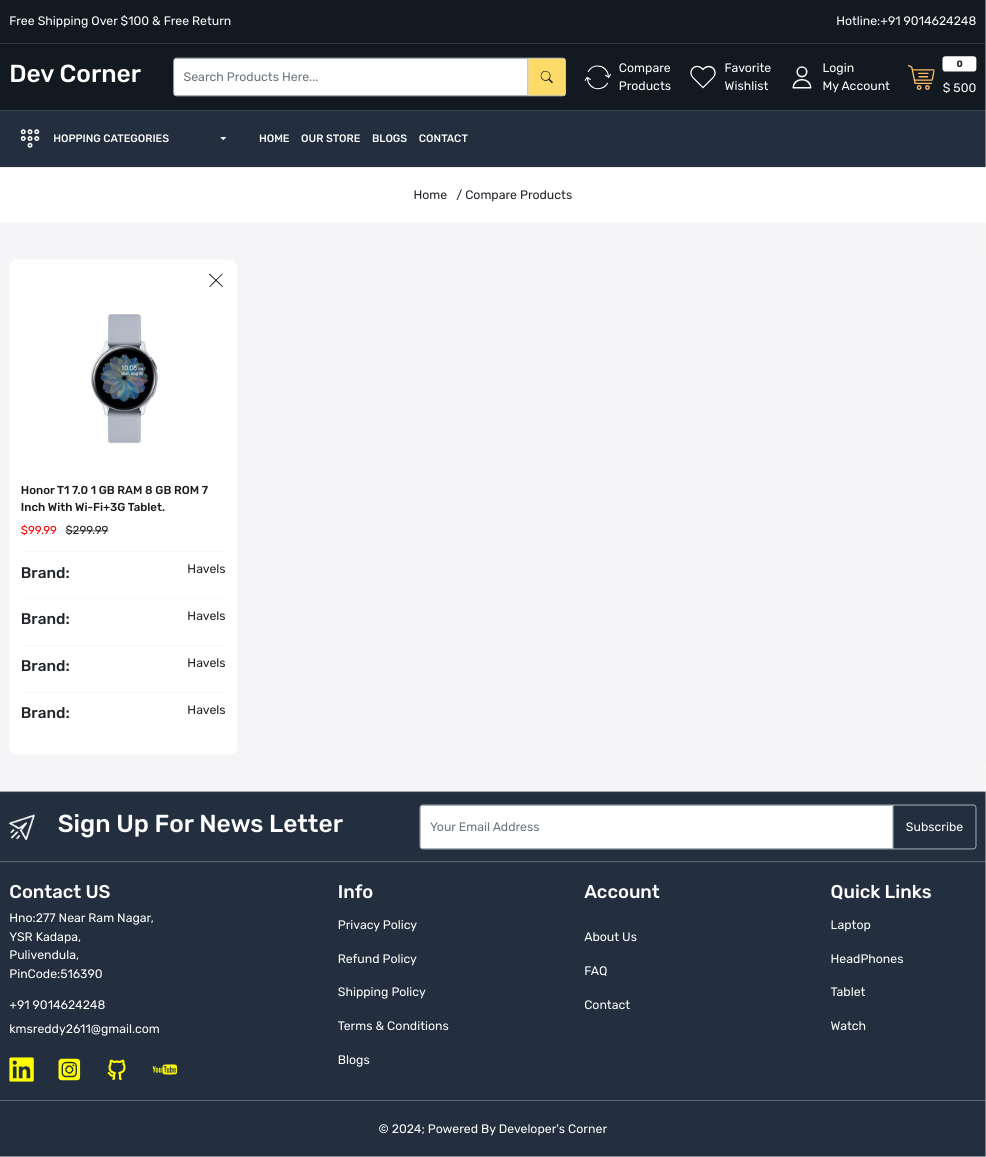
Repository: maniheist/ecommerce-app
Page: /compare-product
These files come from the project's save history. The page is drawn as it stood at one moment and after the next save; the edit follows.
The browser window is 1280 px wide. The pictures show the whole page, at 77% of full size.
The project was rebuilt for these pictures with package versions that can differ from the ones it lists, and the page was loaded fresh each time. Also part of the build but not shown: src/components/BlogCard.js, src/components/ProductCard.js, src/components/SpecialProduct.js, src/pages/Home.js, src/pages/About.js, src/pages/Contact.js, src/pages/OurStore.js, src/pages/Blog.js.

Above is the page before, as saved 2024-02-19 22:48:00.

After the next save:
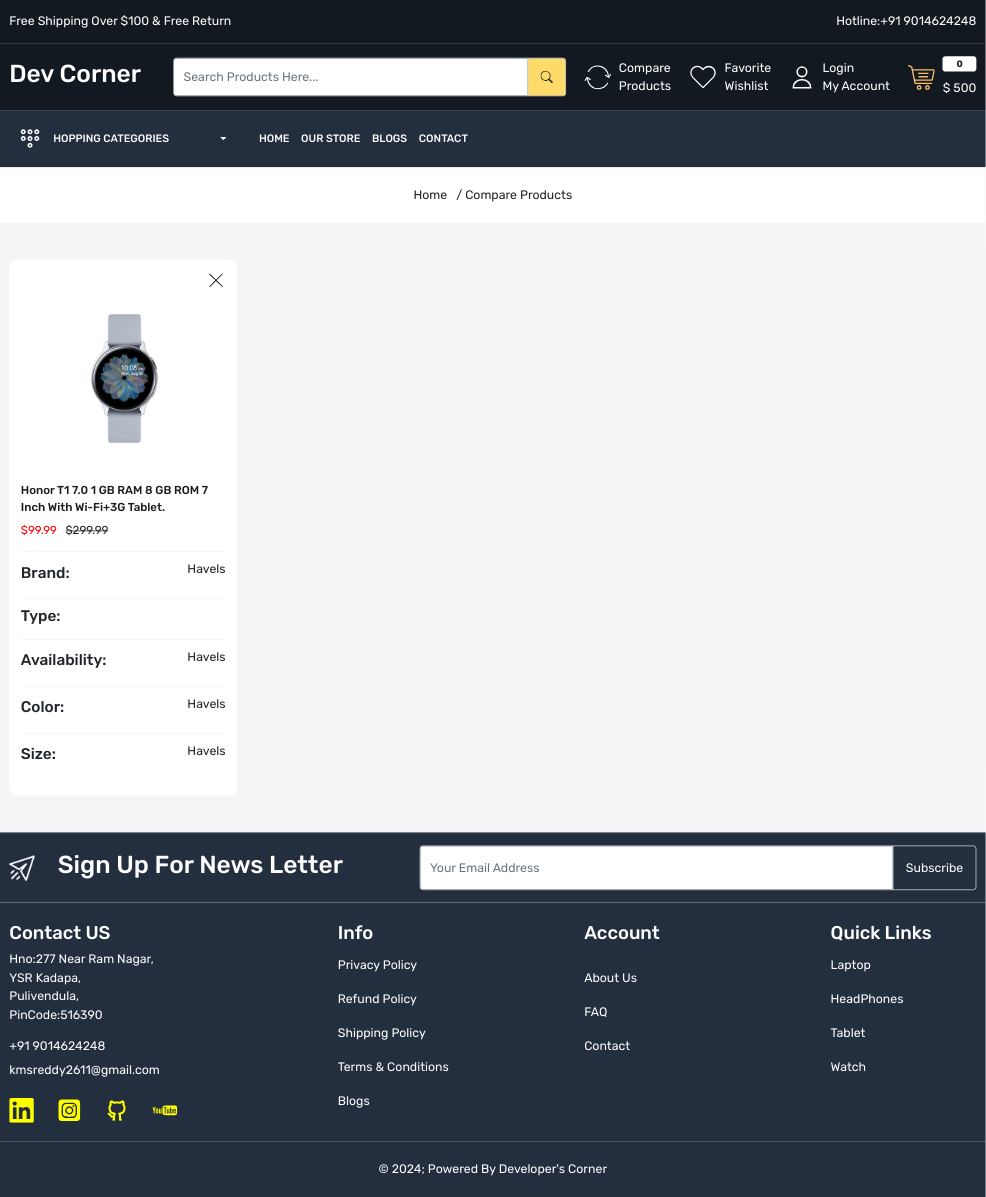
Saved 72 s later.
--- a/src/pages/CompareProduct.js
+++ b/src/pages/CompareProduct.js
@@ -27,17 +27,22 @@
 
                                 </div>
                                 <div className='product-detail'>
-                                <h5>Brand:</h5>
+                                <h5>Type:</h5>
+                                <p></p>
+
+                                </div>
+                                <div className='product-detail'>
+                                <h5>Availability:</h5>
                                 <p>Havels</p>
 
                                 </div>
                                 <div className='product-detail'>
-                                <h5>Brand:</h5>
+                                <h5>Color:</h5>
                                 <p>Havels</p>
 
                                 </div>
                                 <div className='product-detail'>
-                                <h5>Brand:</h5>
+                                <h5>Size:</h5>
                                 <p>Havels</p>
 
                                 </div>
